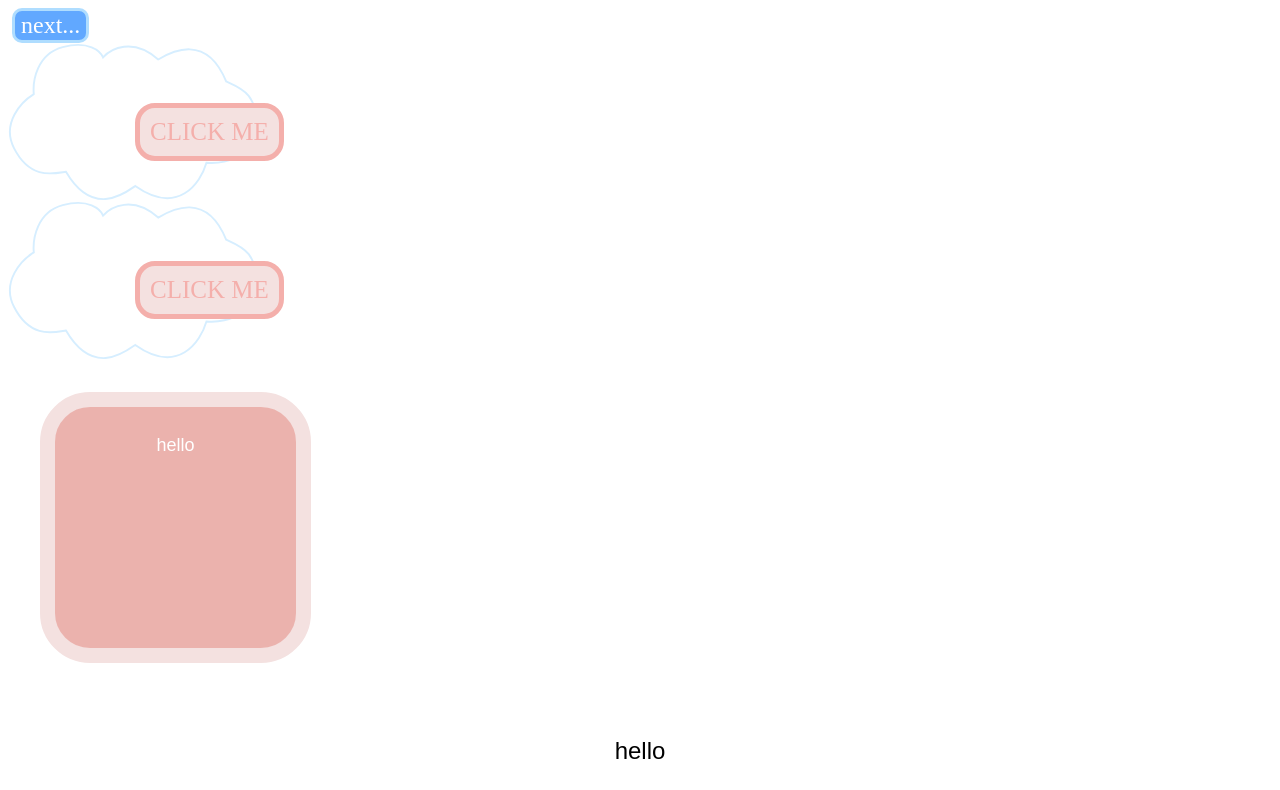
Repository: SoleilDagneau/MDIA2109Midterm
Page: index.html
An editor plug-in stored every save of this project. The page is shown before and after a run of saves, followed by the edit.
The browser window is 1280 px wide. The pictures show the whole page.
Some web fonts or font styles are not loaded; a fallback is used.

Above is the page before, as saved 2022-03-01 19:41:23.

### index.html
<!DOCTYPE html>
<html lang="en">
<head>
    <meta charset="UTF-8">
    <meta http-equiv="X-UA-Compatible" content="IE=edge">
    <meta name="viewport" content="width=device-width, initial-scale=1.0">
    <title>Document</title>

    <link rel="preconnect" href="https://fonts.googleapis.com">
    <link rel="preconnect" href="https://fonts.gstatic.com" crossorigin>
    <link href="https://fonts.googleapis.com/css2?family=Passion+One:wght@400;700&display=swap" rel="stylesheet">

    <script src="utils/speechbubble.js"></script>
    <script src="utils/clickbubble.js"></script>
    <script src="utils/squarecard.js"></script>
    <script src="utils/blobcard.js"></script>

</head>
<body>

    <the-speechbubble
    button_text="next..."
    ></the-speechbubble>


    <the-clickbubble
    desc_text="CLICK ME"
    ></the-clickbubble>

    <the-clickbubble
    desc_text="CLICK ME"
    ></the-clickbubble>


    <the-squarecard
    info_text="hello"
    ></the-squarecard>

    <the-blobcard
    blob_text="hello"
    ></the-blobcard>

</body>
</html>

### utils/speechbubble.js
//MUST HAVE - CREATE A TEMPLATE TAG
var template_speechbub = document.createElement("template"); //<template> </template> RULE

//To-do - CREATE THE UI HERE!
template_speechbub.innerHTML = `

<style>
    #next_button {
        background-color:#61A8FF;
        border:3px solid #AFDDFF;
        border-radius: 10px;
        font-family: 'passion one', cursive;
        color: white;
        font-size:24px;
    }

</style>
<img id="speech_bubble" src="" alt=""/>
<button id="next_button">
    next...
</button>

`;

//MUST HAVE - CREATE A CLASS WITH HTMLELEMENT POWERS (interfaces/functionalities)
class TheSpeechBubble extends HTMLElement {

    //MUST HAVE - CREATE A CONSTRUCTOR TO DO INITAL ASSOCIATIONS
    constructor(){
        super(); //pass on the HTMLElement super powers!
        this.attachShadow({mode:"open"}) //Attach it to the shadowRoot

        //To-do - CREATE THE STATES FOR THE UI HERE!
    }

    //MUST HAVE - FUNCTION THAT RUNS AFTER IT'S CONNECTED
    connectedCallback(){
        this.shadowRoot.appendChild(template_speechbub.content.cloneNode(true));
        this.shadowRoot.querySelector("#next_button").innerText = this.getAttribute("button_text"); //use the template to make a clone
    }

    //To-do - CREATE THE FUNCTIONALITIES HERE!
}

//MUST HAVE - define the tag for the custom elements
customElements.define("the-speechbubble", TheSpeechBubble)

### utils/clickbubble.js
//MUST HAVE - CREATE A TEMPLATE TAG
var template_clickbubble = document.createElement("template"); //<template> </template> RULE

//To-do - CREATE THE UI HERE!
template_clickbubble.innerHTML = `

<style>
    #desc_text {
        font-family:'passion one', cursive;
        color: #F4AFAB;
        font-size:25px;
        padding: 10px;
        background-color:#F4E1E0;
        border: 5px solid #F4AFAB;
        border-radius: 20px;
        position: absolute;
        display:flex;
        left:75px;
        margin:60px;
    }
    img{
        width: 250px;
    }
    #click_bubble{
        display:flex;
    }
</style>
<div id="click_bubble">
    <img src="imgs/cloud.svg" alt="cloud svg"/>
        <button id="desc_text">
            CLICK ME
        </button>
</div>

`;

//MUST HAVE - CREATE A CLASS WITH HTMLELEMENT POWERS (interfaces/functionalities)
class TheClickBubble extends HTMLElement {

    //MUST HAVE - CREATE A CONSTRUCTOR TO DO INITAL ASSOCIATIONS
    constructor(){
        super(); //pass on the HTMLElement super powers!
        this.attachShadow({mode:"open"}) //Attach it to the shadowRoot

        //To-do - CREATE THE STATES FOR THE UI HERE!
    }

    //MUST HAVE - FUNCTION THAT RUNS AFTER IT'S CONNECTED
    connectedCallback(){
        this.shadowRoot.appendChild(template_clickbubble.content.cloneNode(true));
        this.shadowRoot.querySelector("#desc_text").innerText = this.getAttribute("desc_text"); //use the template to make a clone
    }

    //To-do - CREATE THE FUNCTIONALITIES HERE!
}

//MUST HAVE - define the tag for the custom elements
customElements.define("the-clickbubble", TheClickBubble)

### utils/squarecard.js
//MUST HAVE - CREATE A TEMPLATE TAG
var template_scard = document.createElement("template"); //<template> </template> RULE

//To-do - CREATE THE UI HERE!
template_scard.innerHTML = `

<style>
    #info_card {
        background-color:#EBB2AD;
        width: 241px;
        height:241px;
        border: 15px solid #F4E1E0;
        border-radius: 50px;
        margin: 2rem;
    }
    #info_text {
        display:flex;
        justify-content:center;
        font-size:18px;
        font-family: 'nunito', sans-serif;
        color: white;
        padding: 10px;

    }
</style>
<div id="info_card">
    <p id="info_text">info text</p>
</div>
`;

//MUST HAVE - CREATE A CLASS WITH HTMLELEMENT POWERS (interfaces/functionalities)
class TheSquareCard extends HTMLElement {

    //MUST HAVE - CREATE A CONSTRUCTOR TO DO INITAL ASSOCIATIONS
    constructor(){
        super(); //pass on the HTMLElement super powers!
        this.attachShadow({mode:"open"}) //Attach it to the shadowRoot

        //To-do - CREATE THE STATES FOR THE UI HERE!
    }

    //MUST HAVE - FUNCTION THAT RUNS AFTER IT'S CONNECTED
    connectedCallback(){
        this.shadowRoot.appendChild(template_scard.content.cloneNode(true));
        this.shadowRoot.querySelector("#info_text").innerText = this.getAttribute("info_text"); //use the template to make a clone
    }

    //To-do - CREATE THE FUNCTIONALITIES HERE!
}

//MUST HAVE - define the tag for the custom elements
customElements.define("the-squarecard", TheSquareCard)

### utils/blobcard.js
//MUST HAVE - CREATE A TEMPLATE TAG
var template_bcard = document.createElement("template"); //<template> </template> RULE

//To-do - CREATE THE UI HERE!
template_bcard.innerHTML = `

<style>
    #blob_text {
        font-family:'nunito', sans-serif;
        font-size:24px;
        color:black;
        display:flex;
        justify-content:center;
    }
</style>
<img id="the_blobcard" src="" alt=""/>
<p id="blob_text">
blob text
</p>

`;

//MUST HAVE - CREATE A CLASS WITH HTMLELEMENT POWERS (interfaces/functionalities)
class TheBlobCard extends HTMLElement {

    //MUST HAVE - CREATE A CONSTRUCTOR TO DO INITAL ASSOCIATIONS
    constructor(){
        super(); //pass on the HTMLElement super powers!
        this.attachShadow({mode:"open"}) //Attach it to the shadowRoot

        //To-do - CREATE THE STATES FOR THE UI HERE!
    }

    //MUST HAVE - FUNCTION THAT RUNS AFTER IT'S CONNECTED
    connectedCallback(){
        this.shadowRoot.appendChild(template_bcard.content.cloneNode(true));
        this.shadowRoot.querySelector("#blob_text").innerText = this.getAttribute("blob_text");
         //use the template to make a clone
    }

    //To-do - CREATE THE FUNCTIONALITIES HERE!
}

//MUST HAVE - define the tag for the custom elements
customElements.define("the-blobcard", TheBlobCard)

After the next 5 saves:
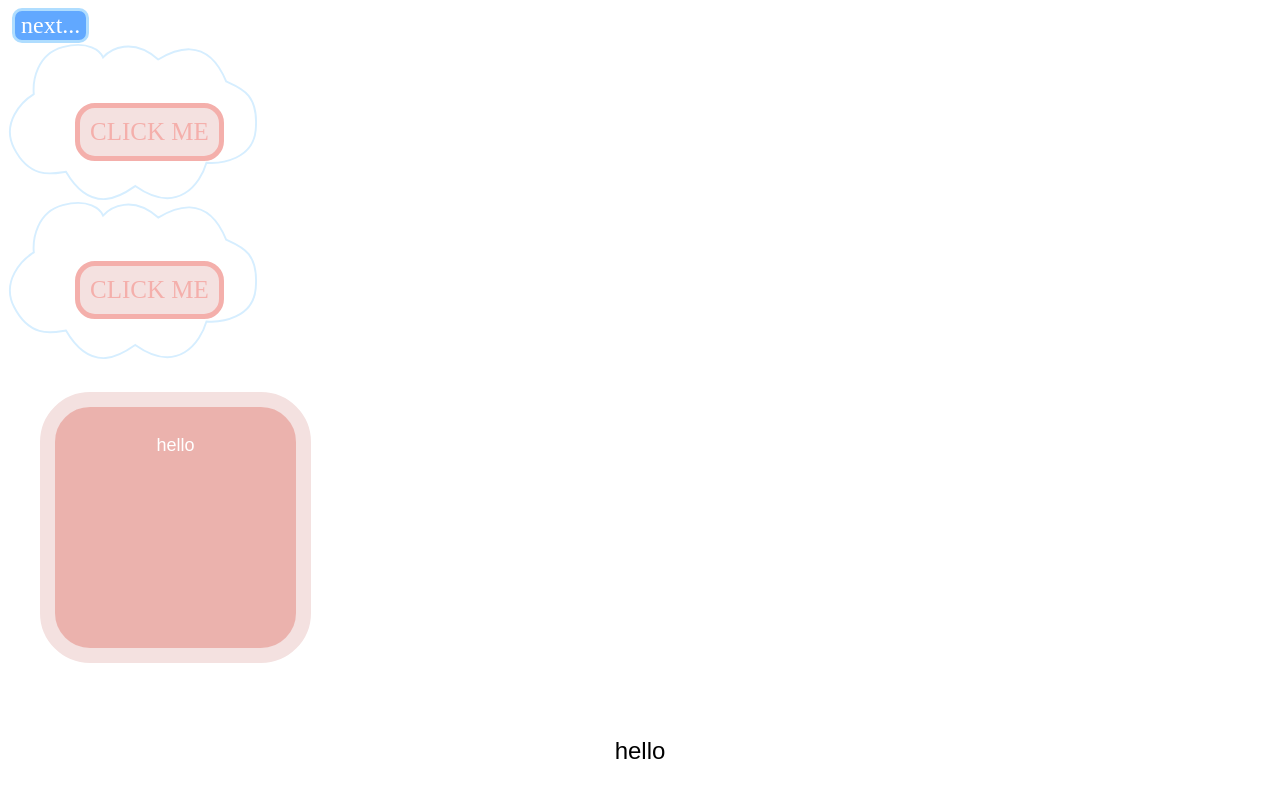
The 5 saves are shown as one change because they came seconds apart.
The last was saved 18 s later.
--- a/utils/clickbubble.js
+++ b/utils/clickbubble.js
@@ -15,7 +15,7 @@ template_clickbubble.innerHTML = `
         border-radius: 20px;
         position: absolute;
         display:flex;
-        left:75px;
+        left:15px;
         margin:60px;
     }
     img{
